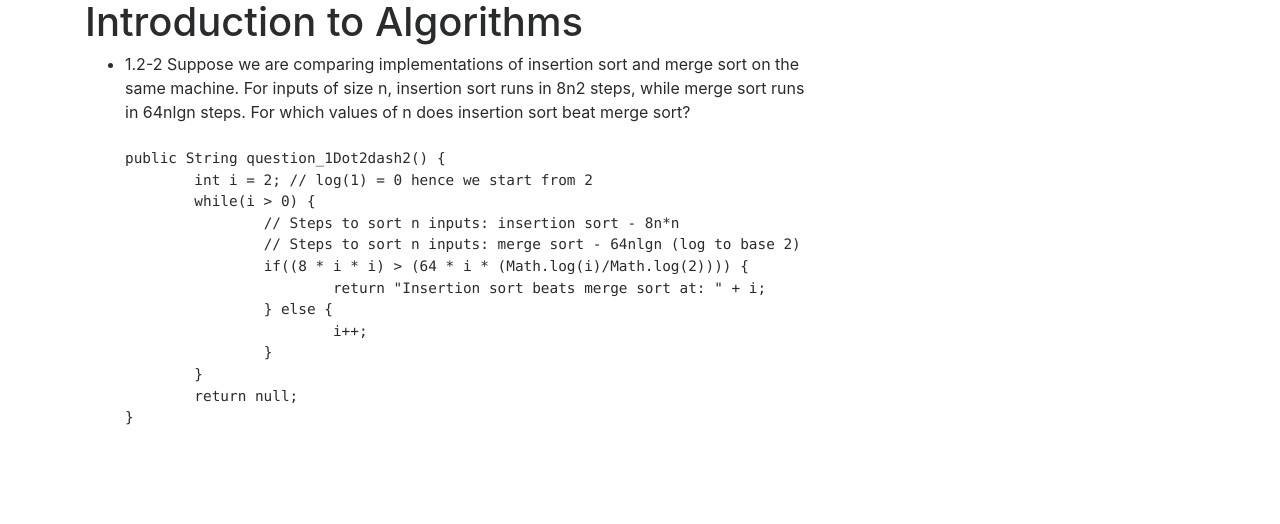
Repository: baltejas/algorithms
Page: algorithms/src/main/webapp/WEB-INF/views/index.html
An editor plug-in stored every save of this project. The page is shown before and after the next save, followed by the edit.
The browser window is 1280 px wide. The pictures show the whole page.

Above is the page before, as saved 2017-05-06 18:34:13.

### algorithms/src/main/webapp/WEB-INF/views/index.html
<html>
	<head>
		<link rel="stylesheet" href="resources/css/bootstrap.css">
	</head>
	<body>
		<div class="container">
		<h1>Introduction to Algorithms</h1>
			<div class="row">
				<div class="col-md-8">
					<ul>
						<li>1.2-2 Suppose we are comparing implementations of insertion sort and merge sort on the same machine.
							For inputs of size n, insertion sort runs in 8n2 steps, while merge sort runs in 64nlgn steps.
							For which values of n does insertion sort beat merge sort?<br><br>
								<pre>
public String question_1Dot2dash2() {
	int i = 2; // log(1) = 0 hence we start from 2
	while(i > 0) {
		// Steps to sort n inputs: insertion sort - 8n*n
		// Steps to sort n inputs: merge sort - 64nlgn (log to base 2)
		if((8 * i * i) > (64 * i * (Math.log(i)/Math.log(2)))) {
			return "Insertion sort beats merge sort at: " + i;
		} else {
			i++;
		}
	}
	return null;
}
								</pre>
						</li>
					</ul>
				</div>
			</div>
		</div>
	</body>
</html>

Loaded but not shown: algorithms/src/main/webapp/resources/css/bootstrap.css (library)

After the next save:
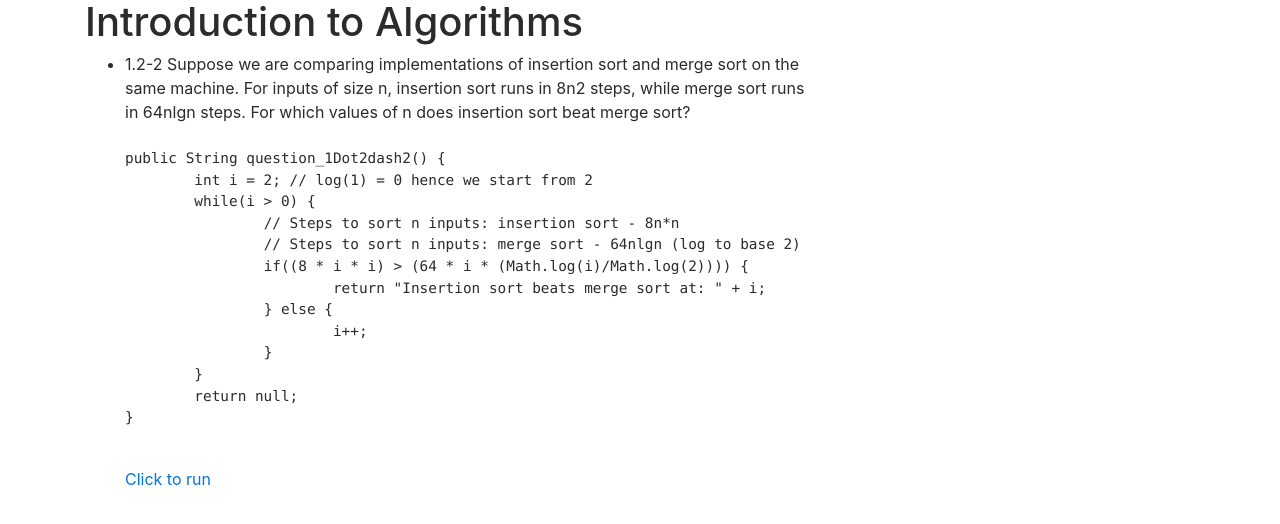
Saved 2 min 0 s later.
--- a/algorithms/src/main/webapp/WEB-INF/views/index.html
+++ b/algorithms/src/main/webapp/WEB-INF/views/index.html
@@ -26,6 +26,7 @@ public String question_1Dot2dash2() {
 	return null;
 }
 								</pre>
+						<a href="/question_1Dot2dash2">Click to run</a>
 						</li>
 					</ul>
 				</div>
